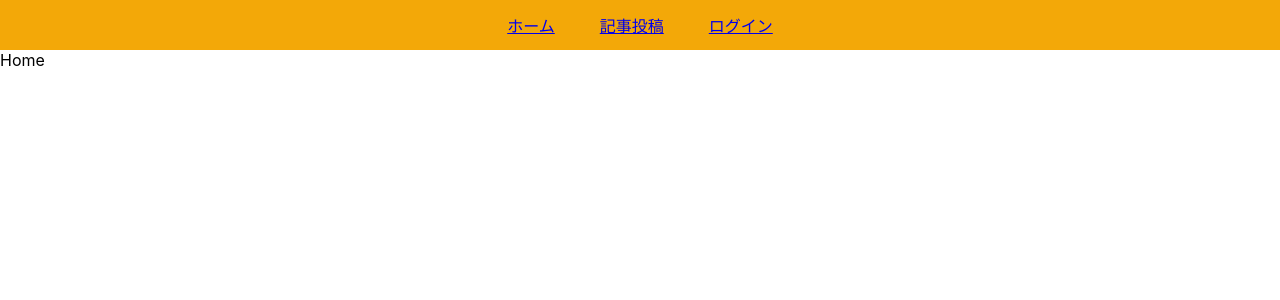
Repository: kusabi-19/keiziban
Page: /
The author's editor kept a copy of each file at every save. The page is drawn from the files as they stood at one save, then again after the next save.
The browser window is 1280 px wide. The pictures show the whole page.
The project was rebuilt for these pictures with package versions that can differ from the ones it lists, and the page was loaded fresh each time. Also part of the build but not shown: src/App.css, src/components/CreatePost.js, src/firebase.js, src/components/Login.js, src/components/Logout.js.

Above is the page before, as saved 2025-05-16 08:29:40.

### src/App.js
import './App.css';
import {BrowserRouter as Router,  Routes , Route ,Link} from "react-router-dom"
import Home from './components/Home';
import CreatePost from './components/CreatePost';
import Login from './components/Login';
import Logout from './components/Logout';
import Navbar from './components/Navbar';

function App() {
  return (
    <Router>
      <Navbar />
      <Routes>
        <Route path="/" element={<Home />}></Route>
        <Route path="/createpost" element={<CreatePost />}></Route>
        <Route path="/login" element={<Login />}></Route>
        <Route path="/logout" element={<Logout />}></Route>
      </Routes>
    </Router>
  );
}

export default App;

### src/components/Navbar.js
import React from 'react'
import { Link } from 'react-router-dom'
import "./Navbar.css"

const Navbar = () => {
  return (
    <nav>
      <Link to="/">ホーム</Link>
      <Link to="/createpost">記事投稿</Link>
      <Link to="/login">ログイン</Link>
    </nav>
  )
}

export default Navbar

### src/components/Navbar.css
nav {
  display: flex;
  justify-content: center;
  align-items: center;
  height: 50px;
  gap: 45px;
  background-color: rgb(243, 168, 8);
}

Loaded but not shown: public/index.html (common file); src/index.js (common file); src/index.css (common file); src/components/Home.js (common file)

After the next save:
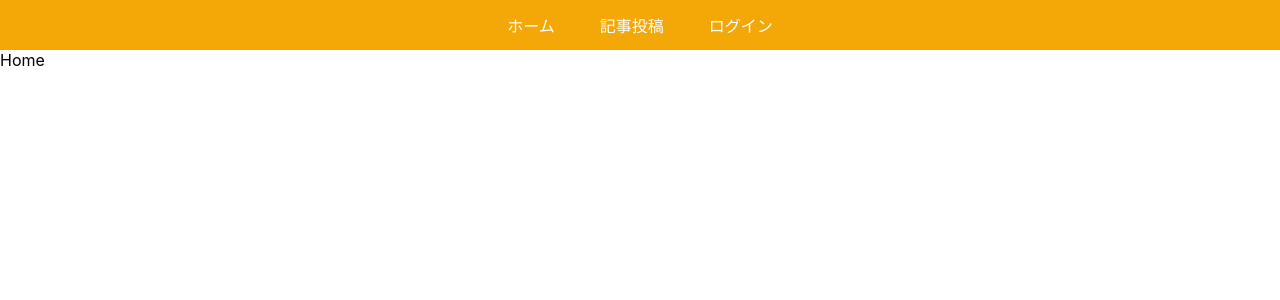
Saved 44 s later.
--- a/src/components/Navbar.css
+++ b/src/components/Navbar.css
@@ -6,3 +6,13 @@ nav {
   gap: 45px;
   background-color: rgb(243, 168, 8);
 }
+
+nav a{
+  text-decoration: none;
+  color: #ffffff;
+  transition: all .3s;
+}
+
+nav a :hover{
+  color: cadetblue;
+}
